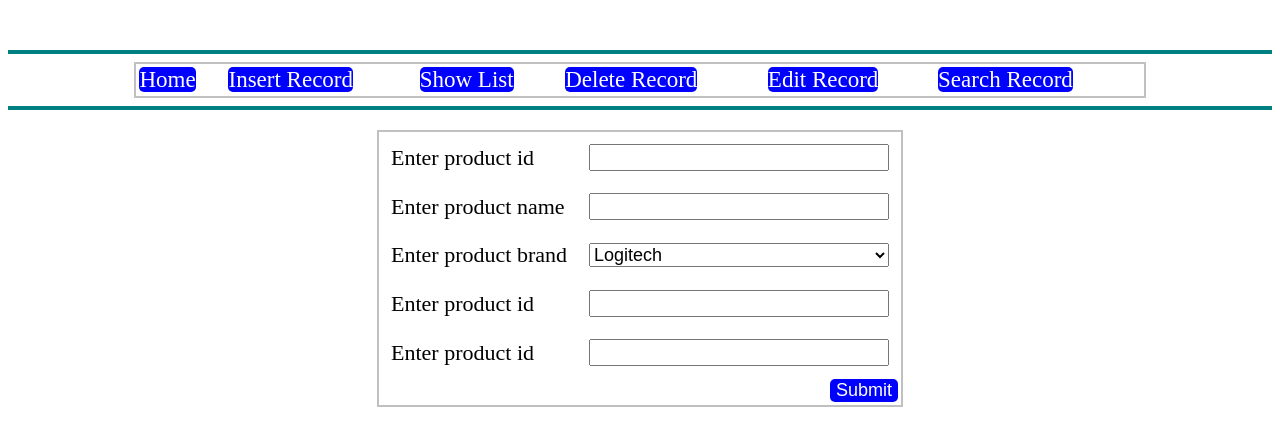
Repository: nikunj-var/Advance_Java
Page: http://localhost/product_management/insert.jsp
The author's editor kept a copy of each file at every save. The page is drawn from the files as they stood at one save, then again after the next save.
The browser window is 1280 px wide. The pictures show the whole page.
The page is served by Tomcat 10. Other server files are loaded and not shown.

Above is the page before, as saved 2023-07-20 06:46:06.

### product_management/src/main/webapp/insert.jsp
<%@ include file = "navbar.jsp"%>
<html>
	<body>
	<form action = 'save-record.jsp' method = "post">
	</form>
		<table class='table'>
			<tr >
				<td class='tabledata'>Enter product id</td>
				<td class='tabledata'><input type="text" class="textbox" name="id" required></td>
			</tr>
			<tr >
				<td class='tabledata'>Enter product name</td>
				<td class='tabledata'><input type="text" class="textbox" name="name" required></td>
			</tr>
			<tr >
				<td class='tabledata'>Enter product brand</td>
				<td class='tabledata'>
					<select class='textbox' name='brand'>
						<option>Logitech</option>
						<option>Dell</option>
						<option>Apple</option>
						<option>Samsung</option>
						<option>Micromax</option>
						<option>Mi</option>
					</select>
				</td>
			</tr>
			<tr >
				<td class='tabledata'>Enter product id</td>
				<td class='tabledata'><input type="text" class="textbox" name="pid" required></td>
			</tr>
			<tr >
				<td class='tabledata'>Enter product id</td>
				<td class='tabledata'><input type="text" class="textbox" name="pid" required></td>
			</tr>
			<tr>
				<td colspan = '2' align='right'>
					<button class='button'>Submit</button>
				</td>
			</tr>
		</table>
	</body>
</html>

### product_management/src/main/webapp/navbar.jsp

<html>
	<head>
		<link rel='stylesheet' href='CSS/style.css'>
	</head>
	<body>
		<div class='div'>
			<hr style='border:2px solid teal;'>
			<table style='margin:auto; width:80%;' class='table'>
				<tr>
					<td><a href= '/product_management' class='btr'>Home</a></td>
					<td><a href= 'insert.jsp' class='btr'>Insert Record</a></td>
					<td><a href= '#' class='btr'>Show List</a></td>
					<td><a href= '#' class='btr'>Delete Record</a></td>
					<td><a href= '#' class='btr'>Edit Record</a></td>
					<td><a href= '#' class='btr'>Search Record</a></td>
				</tr>
			</table>
			<hr style='border:2px solid teal;'>
		</div>

	</body>
</html>

### product_management/src/main/webapp/CSS/style.css
.div{
	text-align: center;
	margin-top: 50px;
}

.btr{
	color: white;
	background-color: blue;
	padding-top: 5px 15px;
	border-radius: 5px;
	text-decoration: none;
	font-size: 23px;
}
.btr:hover{
	background-color: gray;
}
.table{
	margin: auto;
	margin-top: 20px;
	font-size: 22px;
	border: 2px solid silver;
}
.textbox{
	font-size: 18px;
	width: 300px;
}
.button{
	color: white;
	background-color: blue;
	padding-top: 5px 15px;
	border-radius: 5px;
	font-size: 18px;
	border: none;
}
.tabledata{
	padding: 10px;
}

After the next save:
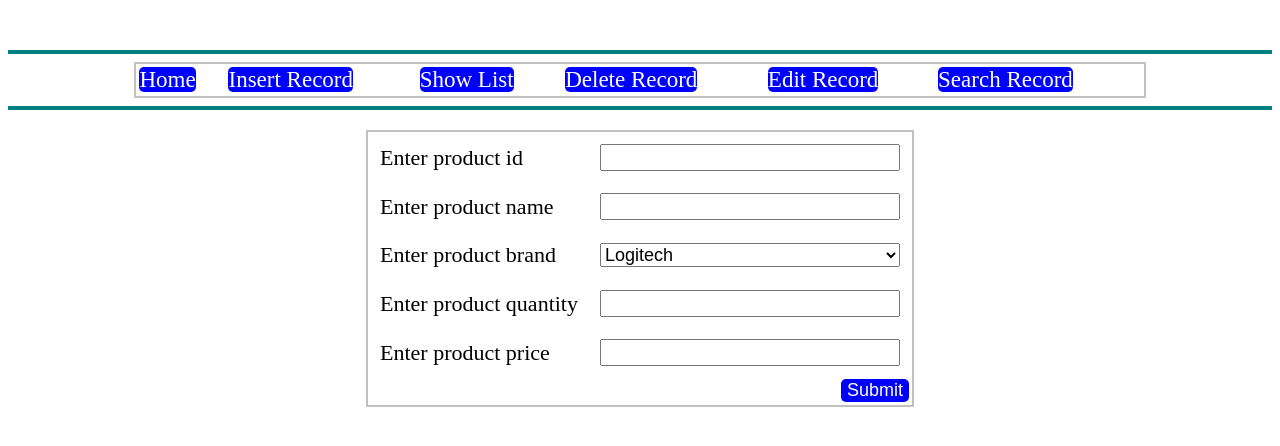
Saved 2 min 38 s later.
--- a/product_management/src/main/webapp/insert.jsp
+++ b/product_management/src/main/webapp/insert.jsp
@@ -26,12 +26,12 @@
 				</td>
 			</tr>
 			<tr >
-				<td class='tabledata'>Enter product id</td>
-				<td class='tabledata'><input type="text" class="textbox" name="pid" required></td>
+				<td class='tabledata'>Enter product quantity</td>
+				<td class='tabledata'><input type="text" class="textbox" name="quantity" required></td>
 			</tr>
 			<tr >
-				<td class='tabledata'>Enter product id</td>
-				<td class='tabledata'><input type="text" class="textbox" name="pid" required></td>
+				<td class='tabledata'>Enter product price</td>
+				<td class='tabledata'><input type="text" class="textbox" name="price" required></td>
 			</tr>
 			<tr>
 				<td colspan = '2' align='right'>
